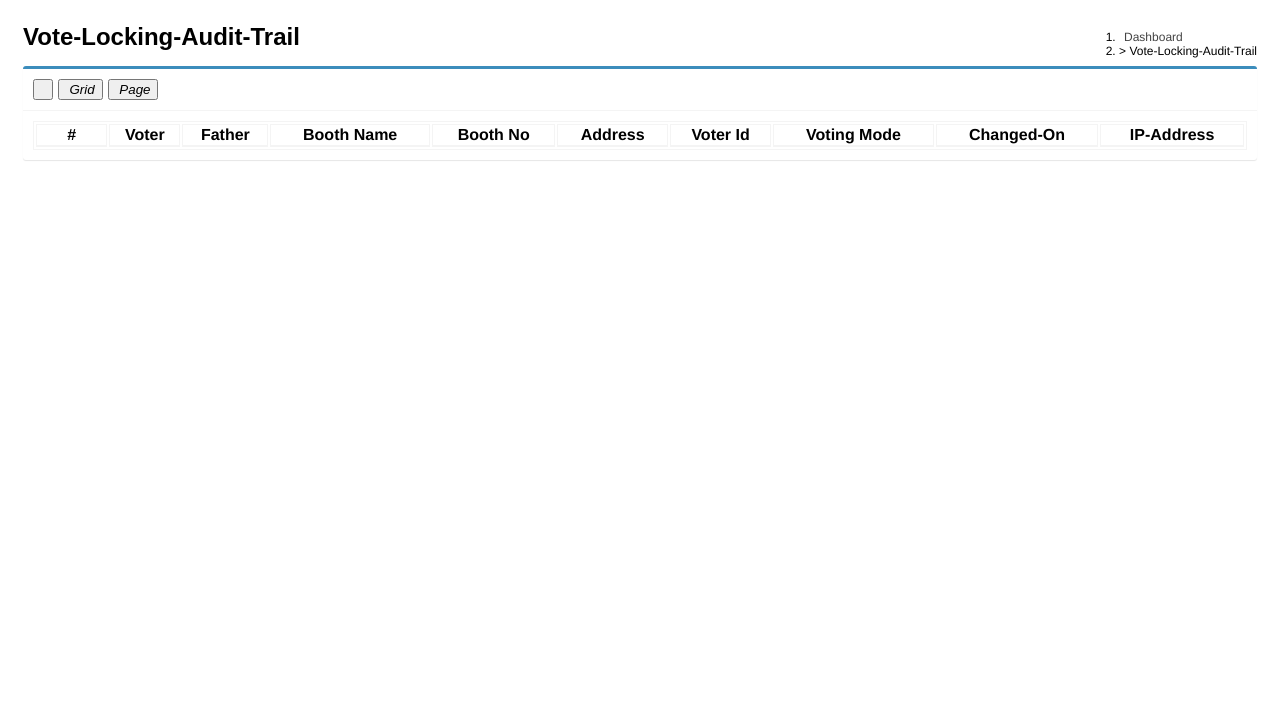
Repository: sanjeev167/IndiaOnLineVoting_3112020
Page: http://localhost/IndiaOnLineVoting/WEB-INF/jsp/voter/voteLockAuditTrail.jsp
The author's editor kept a copy of each file at every save. The page is drawn from the files as they stood at one save, then again after the next save.
The browser window is 1280 px wide. The pictures show the whole page.
The page is served by Tomcat 9. Nobody is signed in. The template is opened directly, without the code that normally fills it, so the values that code supplies are empty.

Above is the page before, as saved 2020-10-29 17:00:13.
Console error: TypeError: $(...).DataTable is not a function

After the next save:
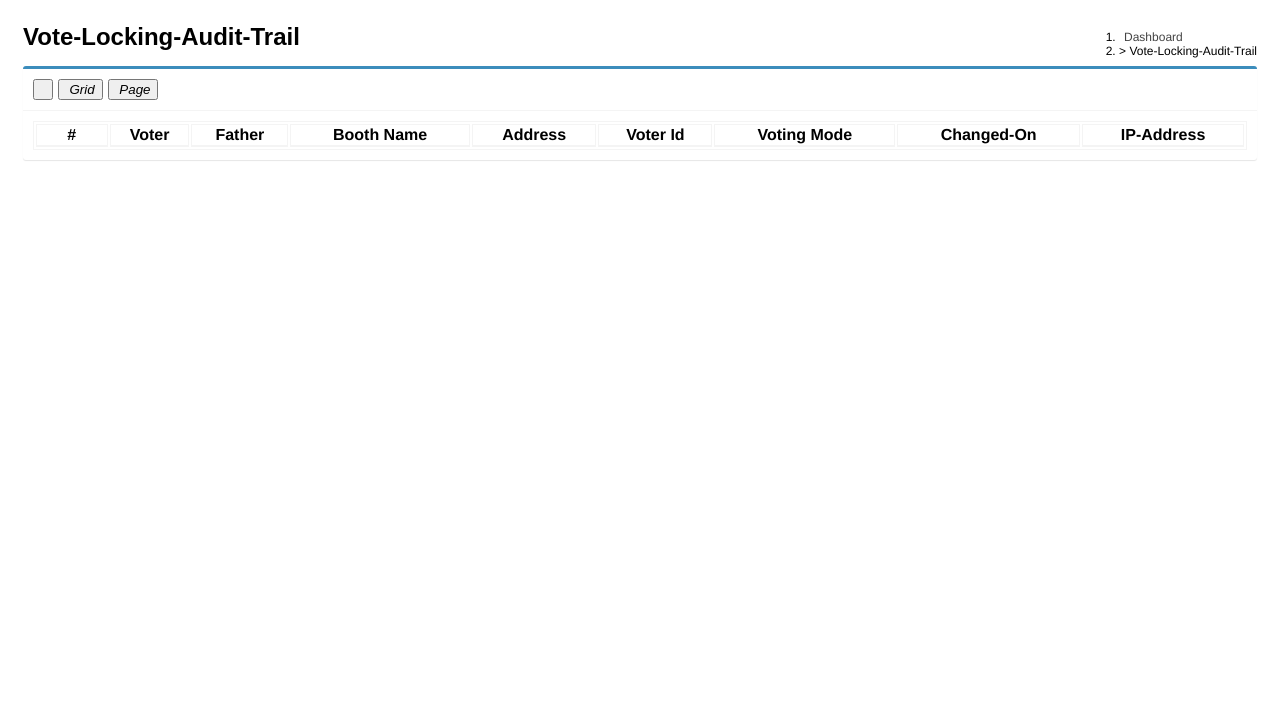
Saved 12 s later.
--- a/IndiaOnLineVoting/src/main/webapp/WEB-INF/jsp/voter/voteLockAuditTrail.jsp
+++ b/IndiaOnLineVoting/src/main/webapp/WEB-INF/jsp/voter/voteLockAuditTrail.jsp
@@ -38,7 +38,7 @@
 								<th>Voter</th>
 								<th>Father</th>
 								<th>Booth Name</th>
-								<th>Booth No</th>
+
 								<th>Address</th>
                                 <th>Voter Id</th>
 								<th>Voting Mode</th>
